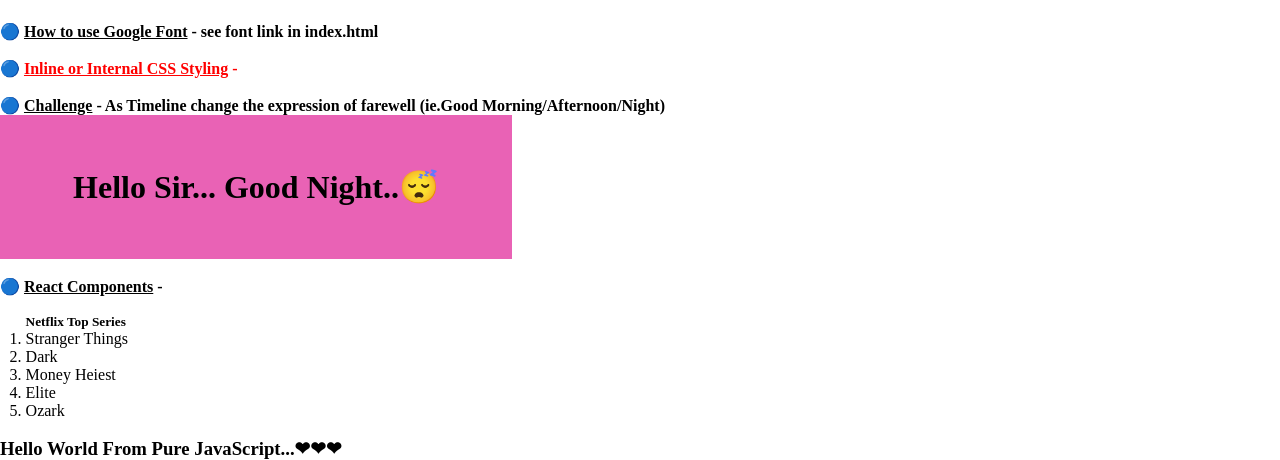
Repository: AalokJadhav/Being_ReactJS
Page: /
An editor plug-in stored every save of this project. The page is shown before and after the next save, followed by the edit.
The browser window is 1280 px wide. The pictures show the part of the page from y = 620 to 1080 px (the page is 1080 px tall).
The project was rebuilt for these pictures with package versions that can differ from the ones it lists, and the page was loaded fresh each time.

Above is the page before, as saved 2021-10-15 07:30:19.

### public/index.html
<!DOCTYPE html>
<html lang="en">

<head>
  <meta charset="utf-8" />
  <link rel="icon" href="%PUBLIC_URL%/favicon.ico" />
  <meta name="viewport" content="width=device-width, initial-scale=1" />
  <meta name="theme-color" content="#000000" />
  <meta name="description" content="Web site created using create-react-app" />
  <link rel="apple-touch-icon" href="%PUBLIC_URL%/logo192.png" />
  <!--
      manifest.json provides metadata used when your web app is installed on a
      user's mobile device or desktop. See https://developers.google.com/web/fundamentals/web-app-manifest/
    -->
  <link rel="manifest" href="%PUBLIC_URL%/manifest.json" />
  <link rel="preconnect" href="https://fonts.googleapis.com">
  <link rel="preconnect" href="https://fonts.gstatic.com" crossorigin>
  <link href="https://fonts.googleapis.com/css2?family=Josefin+Slab:ital,wght@1,200&display=swap" rel="stylesheet">
  <!--
      Notice the use of %PUBLIC_URL% in the tags above.
      It will be replaced with the URL of the `public` folder during the build.
      Only files inside the `public` folder can be referenced from the HTML.

      Unlike "/favicon.ico" or "favicon.ico", "%PUBLIC_URL%/favicon.ico" will
      work correctly both with client-side routing and a non-root public URL.
      Learn how to configure a non-root public URL by running `npm run build`.
    -->
  <title>React App</title>
</head>

<body>
  <noscript>You need to enable JavaScript to run this app.</noscript>
  <div id="root"></div>
  <!--
      This HTML file is a template.
      If you open it directly in the browser, you will see an empty page.

      You can add webfonts, meta tags, or analytics to this file.
      The build step will place the bundled scripts into the <body> tag.

      To begin the development, run `npm start` or `yarn start`.
      To create a production bundle, use `npm run build` or `yarn build`.
    -->
</body>

</html>

### src/index.js
// var React = require ('react');
// var ReactDom = require ('react-dom');

import { getRoles } from '@testing-library/react';
import React from 'react';
import ReactDom from 'react-dom';
import './index.css';
import Heading from './Heading';
import List from './List';



const fullDate = new Date();
const date = fullDate.toLocaleDateString();
const time = fullDate.toLocaleTimeString();

const CurrDate = new Date(2021, 14, 10, 21);
const hour = CurrDate.getHours();
let greeting = '';

const cssStyle = {}

if (hour >= 1 && hour < 12) {
  greeting = 'Good Mooring..🙂';
  cssStyle.color = 'green';
} else if (hour >= 12 && hour < 19) {
  greeting = 'Good Afternoon..🙄';
  cssStyle.color = 'orange';
} else {
  greeting = 'Good Night..😴';
}
const RandomImgUrl = 'https://picsum.photos/2000';
const RandomImgUrl1 = 'https://picsum.photos/900';
const RandomImgUrl2 = 'https://picsum.photos/800';
ReactDom.render(

  //Fragments in ReactJS - Use <> </>  or <React.Fragment></React.Fragment>
  <>
    <h1 className="heading">Being React</h1><br />
    <h3>Hello  World From ReactJS...✋</h3><br />

    <h4>🔵 <u>Display Current date and time in JSX</u> -</h4><br />
    <div className="content">
      <p>Current Date is {`${date}`} </p>
      <p>Current Time is {`${time} `} </p>
    </div>
    <br />

    <h4>🔵 <u>JSX Attributes for random image</u> -</h4><br />
    <div className="img_div">
      <img src={RandomImgUrl} alt='random image1' />
      <img src={RandomImgUrl1} alt='random image2' />
      <img src={RandomImgUrl2} alt='random image3' />
    </div>
    <br />

    <h4>🔵 <u>How to use Google Font</u> -  see font link in index.html </h4>
    <div className="content">

    </div>
    <br />

    <h4 style={{ color: 'red', fontFamily: 'serif' }}>🔵 <u>Inline or Internal CSS Styling</u> -</h4>
    <div className="content">

    </div>
    <br />

    <h4>🔵 <u>Challenge</u> - As Timeline change the expression of farewell (ie.Good Morning/Afternoon/Night)</h4>
    <div className="challenge1">
      <h1>Hello Sir...<span style={cssStyle}> {greeting}</span></h1>
    </div>
    <br />

    <h4>🔵 <u>React Components</u> - </h4><br />
    <div className="content">
      <Heading />
      <List />
    </div>
    <br />

  </>,
  document.getElementById('root'));
<br />


// In Pure JavaScript
var h3 = document.createElement('h3');
h3.innerHTML = 'Hello  World From Pure JavaScript...❤❤❤';
document.getElementById('root').appendChild(h3);

### src/index.css
/* body {
  margin: 0;
  font-family: -apple-system, BlinkMacSystemFont, 'Segoe UI', 'Roboto', 'Oxygen',
    'Ubuntu', 'Cantarell', 'Fira Sans', 'Droid Sans', 'Helvetica Neue',
    sans-serif;
  -webkit-font-smoothing: antialiased;
  -moz-osx-font-smoothing: grayscale;
}

code {
  font-family: source-code-pro, Menlo, Monaco, Consolas, 'Courier New',
    monospace;
} */


*{margin: 0; padding: 0; box-sizing: border-box;};

.heading {
  color: #fa9191;
  text-align: center;
  text-transform: capitalize;
  font-weight: bold;
  padding-left: 2%;
  font-family: 'Josefin Slab', serif;
}

.img_div img{
  width: 33%;
  height: 5%;
  margin: auto;
  padding-left: 2%;
}

.content {
  padding-left: 2%;
}

.challenge1 {
  background-color: rgb(233, 98, 181);
  width: 40%;
  height: 20vh;
  display: flex;
  justify-content: center;
  align-items: center;
  margin-top: -0px;
}

### src/Heading.jsx
import React from "react";

function  Heading() {
    return <h5 style={{fontFamily: 'serif'}}>Netflix Top Series</h5>
}

export default Heading;

### src/List.jsx
import React from "react";

function List() {

    return (    <ol>
    <li>Stranger Things</li>
    <li>Dark</li>
    <li>Money Heiest</li>
    <li>Elite</li>
    <li>Ozark</li>
  </ol>
    )
}

export default List;

After the next save:
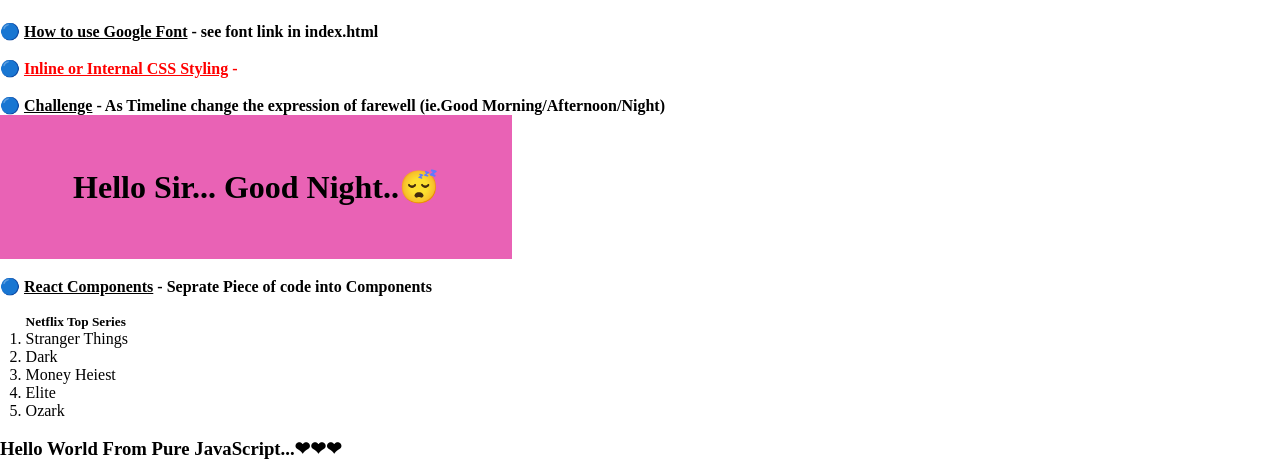
Saved 36 s later.
--- a/src/index.js
+++ b/src/index.js
@@ -72,7 +72,7 @@ ReactDom.render(
     </div>
     <br />
 
-    <h4>🔵 <u>React Components</u> - </h4><br />
+    <h4>🔵 <u>React Components</u> - Seprate Piece of code into Components</h4><br />
     <div className="content">
       <Heading />
       <List />
